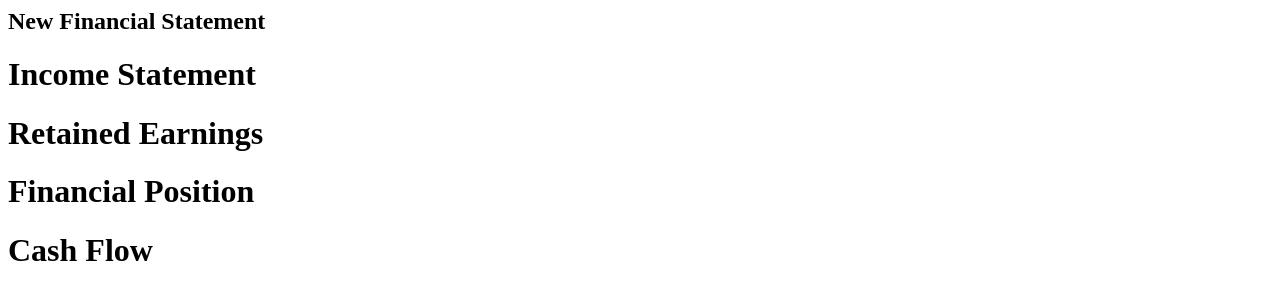
Repository: VentureEquityExchange/hack-ether-camp
Page: angular-app/fs/fs.html
The author's editor kept a record of every edit. The page is drawn from the files as they stood at one moment, then again after the next edit.
The browser window is 1280 px wide. The pictures show the whole page.

Above is the page before.

### angular-app/fs/fs.html
<md-dialog aria-label="New Financial Statement"  ng-cloak>
  <form>
    <md-toolbar>
      <div class="md-toolbar-tools">
        <h2>New Financial Statement</h2>
      </div>
    </md-toolbar>
    <md-dialog-content style="width: 1000px">
      <div class="md-dialog-content">
        <md-tabs md-dynamic-height md-border-bottom>
		  <md-tab label="income">
		    <md-content class="md-padding">
		      <h1 class="md-display-2">Income Statement</h1>
		      <income></income>
		    </md-content>
		  </md-tab>
		  <md-tab label="retained earnings">
		    <md-content class="md-padding">
		      <h1 class="md-display-2">Retained Earnings</h1>
		      <retained-earnings></retained-earnings>
		    </md-content>
		  </md-tab>
		  <md-tab label="financial position">
		    <md-content class="md-padding">
		      <h1 class="md-display-2">Financial Position</h1>
		      <financial-position></financial-position>
		    </md-content>
		  </md-tab>
		  <md-tab label="cash flow">
		    <md-content class="md-padding">
		      <h1 class="md-display-2">Cash Flow</h1>
		      <cash-flow></cash-flow>
		    </md-content>
		  </md-tab>
		</md-tabs>
      </div>
    </md-dialog-content>
    <!--
    <md-dialog-actions layout="row">
      <md-button md-autofocus ng-click="submitStatement(statement)">
        Submit
      </md-button>
      <span flex></span>
    </md-dialog-actions>
    -->
  </form>
</md-dialog>

After the next edit:
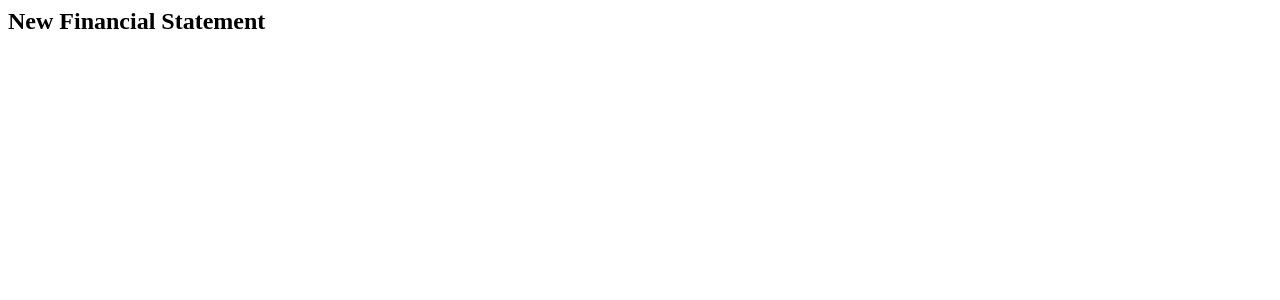
The edit:
--- a/angular-app/fs/fs.html
+++ b/angular-app/fs/fs.html
@@ -8,27 +8,23 @@
     <md-dialog-content style="width: 1000px">
       <div class="md-dialog-content">
         <md-tabs md-dynamic-height md-border-bottom>
-		  <md-tab label="income">
+		  <md-tab label="income & retained earnings">
 		    <md-content class="md-padding">
-		      <h1 class="md-display-2">Income Statement</h1>
 		      <income></income>
 		    </md-content>
 		  </md-tab>
 		  <md-tab label="retained earnings">
 		    <md-content class="md-padding">
-		      <h1 class="md-display-2">Retained Earnings</h1>
 		      <retained-earnings></retained-earnings>
 		    </md-content>
 		  </md-tab>
 		  <md-tab label="financial position">
 		    <md-content class="md-padding">
-		      <h1 class="md-display-2">Financial Position</h1>
 		      <financial-position></financial-position>
 		    </md-content>
 		  </md-tab>
 		  <md-tab label="cash flow">
 		    <md-content class="md-padding">
-		      <h1 class="md-display-2">Cash Flow</h1>
 		      <cash-flow></cash-flow>
 		    </md-content>
 		  </md-tab>
